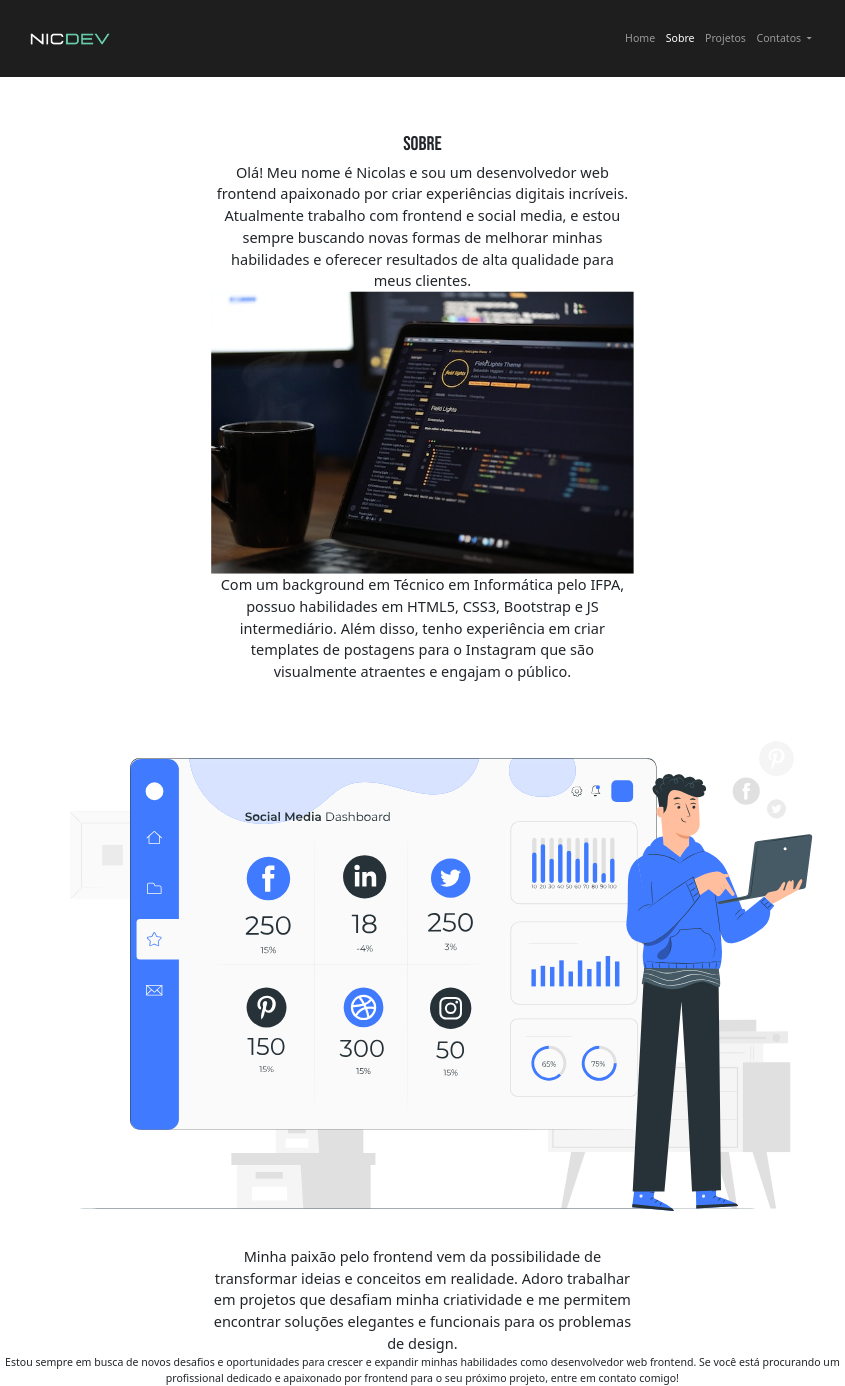
Repository: Leonngc/nicdev
Page: about.html
These files come from the project's save history. The page is drawn as it stood at one moment and after the next save; the edit follows.
The browser window is 1280 px wide. The pictures show the whole page, at 66% of full size.

Above is the page before, as saved 2023-04-15 17:43:13.

### about.html
<html lang="pt-br">
<head>
    <meta charset="UTF-8">
    <meta http-equiv="X-UA-Compatible" content="IE=edge">
    <meta name="viewport" content="width=device-width, initial-scale=1.0">
    <title>nicdev - Sobre</title>
    <link href="https://cdn.jsdelivr.net/npm/bootstrap@5.0.2/dist/css/bootstrap.min.css" rel="stylesheet" integrity="sha384-EVSTQN3/azprG1Anm3QDgpJLIm9Nao0Yz1ztcQTwFspd3yD65VohhpuuCOmLASjC" crossorigin="anonymous">
    <link rel="stylesheet" href="styles/scrollbar.css">
    <link rel="stylesheet" href="styles/about.css">
</head>
<body>

<header style="background-color: #1e1e1e; padding: 30px;" class="fixed-top">

        <nav class="navbar navbar-expand-lg navbar-dark">
            <div class="container-fluid">
              <a class="navbar-brand" href="index.html"><img src="images/nicdev-logo.png" alt="logo da NicDev" style="width: 130px"></a>
              <button class="navbar-toggler" type="button" data-bs-toggle="collapse" data-bs-target="#navbarNavDropdown" aria-controls="navbarNavDropdown" aria-expanded="false" aria-label="Toggle navigation">
                <span class="navbar-toggler-icon"></span>
              </button>
              <div class="collapse navbar-collapse justify-content-end" id="navbarNavDropdown">
                <ul class="navbar-nav ">
                  <li class="nav-item">
                    <a class="nav-link" href="index.html" target="_parent">Home</a>
                  </li>
                  <li class="nav-item">
                    <a class="nav-link active disabled" href="#">Sobre</a>
                  </li>
                  <li class="nav-item">
                    <a class="nav-link" href="projects.html" target="_parent">Projetos</a>
                  </li>

                  <li class="nav-item dropdown">
                    <a class="nav-link dropdown-toggle" href="#" id="navbarDropdownMenuLink" role="button" data-bs-toggle="dropdown" aria-expanded="false">
                      Contatos
                    </a>
                    <ul class="dropdown-menu" aria-labelledby="navbarDropdownMenuLink">
                      <li><a class="dropdown-item" href="#">WhatsApp <img src="images/whatsapp.png" alt="" class="redes-logo"></a></li>
                      <li><a class="dropdown-item" href="#">Email <img src="images/gmail (1).png" alt="" class="redes-logo"></a></li>
                      <li><a class="dropdown-item" href="#">Linkedin <img src="images/linkedin.png" alt="" class="redes-logo"></a></li>
                    </ul>
                  </li>
                </ul>
              </div>
            </div>
          </nav>
</header>


<main>

<h2>Sobre</h2>
<p>Olá! Meu nome é Nicolas e sou um desenvolvedor web frontend apaixonado por criar experiências digitais incríveis. Atualmente trabalho com frontend e social media, e estou sempre buscando novas formas de melhorar minhas habilidades e oferecer resultados de alta qualidade para meus clientes.</p>
<img src="images/desktopcode.jpg" alt="">

<p>Com um background em Técnico em Informática pelo IFPA, possuo habilidades em HTML5, CSS3, Bootstrap e JS intermediário. Além disso, tenho experiência em criar templates de postagens para o Instagram que são visualmente atraentes e engajam o público.</p>
<img src="images/Social Dashboard-pana.svg" alt="">
<p>Minha paixão pelo frontend vem da possibilidade de transformar ideias e conceitos em realidade. Adoro trabalhar em projetos que desafiam minha criatividade e me permitem encontrar soluções elegantes e funcionais para os problemas de design.</p>

Estou sempre em busca de novos desafios e oportunidades para crescer e expandir minhas habilidades como desenvolvedor web frontend. Se você está procurando um profissional dedicado e apaixonado por frontend para o seu próximo projeto, entre em contato comigo!
</main>

    <script src="https://cdn.jsdelivr.net/npm/bootstrap@5.0.2/dist/js/bootstrap.bundle.min.js" integrity="sha384-MrcW6ZMFYlzcLA8Nl+NtUVF0sA7MsXsP1UyJoMp4YLEuNSfAP+JcXn/tWtIaxVXM" crossorigin="anonymous"></script>
</body>
</html>

### styles/scrollbar.css
body{
    overflow-x: hidden;
}
body::-webkit-scrollbar {
    width: 6px;               /* width of the entire scrollbar */
  }

  body::-webkit-scrollbar-track {
    background: rgb(5, 5, 5);        /* color of the tracking area */
  }

  body::-webkit-scrollbar-thumb {
    background-color: #4BC6B9;    /* color of the scroll thumb */
    border-radius: 20px;       /* roundness of the scroll thumb */
  }

  .redes-logo{
    width: 30px;
    padding: 6px;
  }

### styles/about.css
@import url('https://fonts.googleapis.com/css2?family=Bebas+Neue&display=swap'); /* CDN GOOGLE  FONT */
@import url('https://cdn-uicons.flaticon.com/uicons-solid-straight/css/uicons-solid-straight.css'); /* CDN ICON*/
@font-face {
    font-family: Lastica;
    src: url(../fonts/instrg.ttf)
}

*{
    max-width: 100vw;
}

:root{
 --bebas-neue : 'Bebas Neue', cursive;
}

main{
    margin-top: 200px;
}

body{
    max-width: 100vw;
    overflow-x: hidden;
}

main{
    text-align: center;

}

h2{
    font-family: var(--bebas-neue), sans-serif;
    font-size: 30px;

}

p{
    width: 50vw;
    font-size: 22px;
    margin: auto;
}

After the next save:
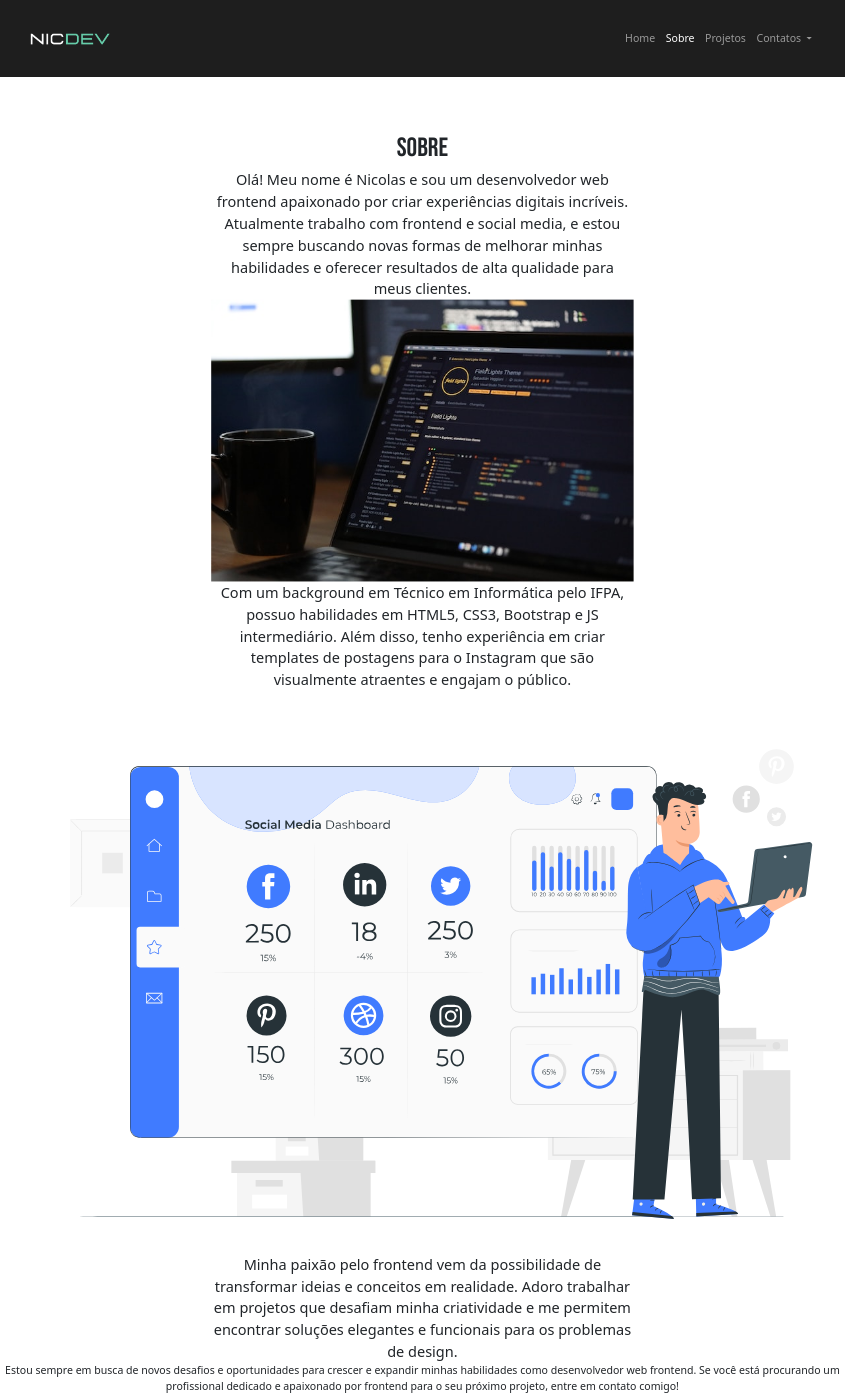
Saved 6 s later.
--- a/styles/about.css
+++ b/styles/about.css
@@ -29,7 +29,7 @@ main{
 
 h2{
     font-family: var(--bebas-neue), sans-serif;
-    font-size: 30px;
+    font-size: 40px;
 
 }
 
